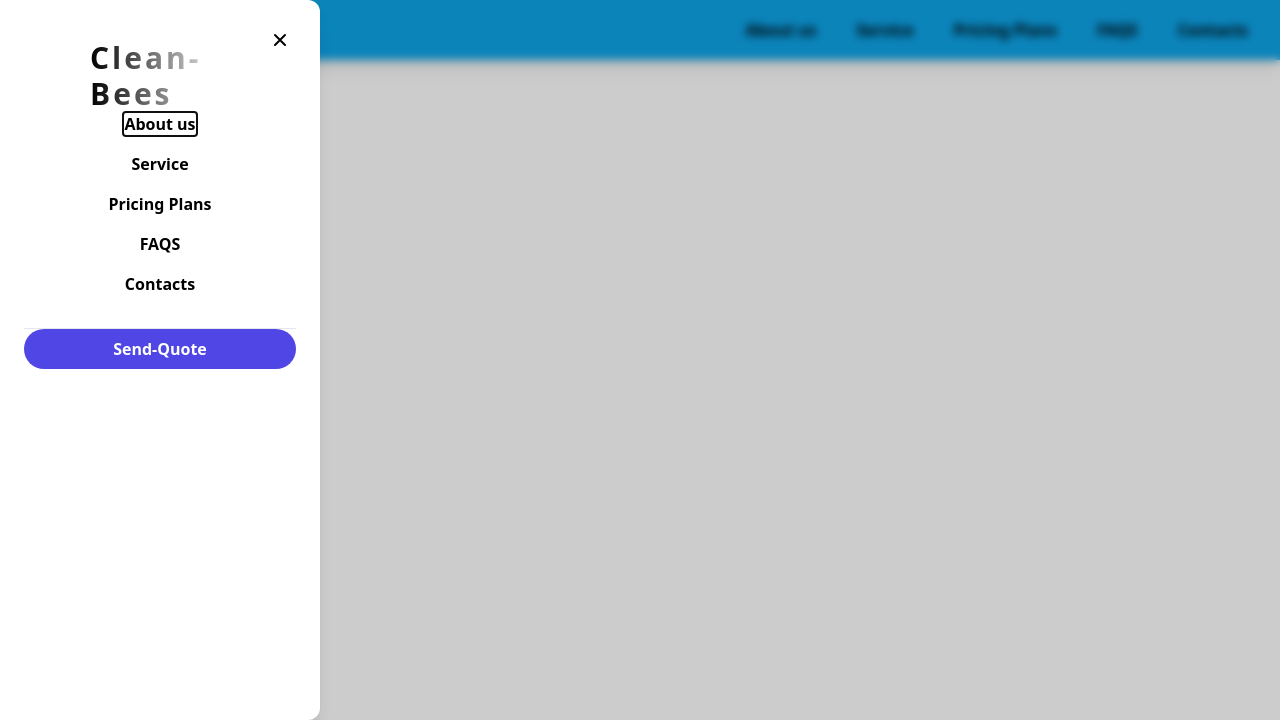
Repository: remydev47/cleanbees
Page: /
The author's editor kept a copy of each file at every save. The page is drawn from the files as they stood at one save, then again after the next save.
The browser window is 1280 px wide. The pictures show the whole page.
The project was rebuilt for these pictures with package versions that can differ from the ones it lists, and the page was loaded fresh each time. The framework's server and built-in components were replaced by stand-ins that run in the browser. Also part of the build but not shown: next.config.js.

Above is the page before, as saved 2022-09-15 19:19:45.

After the next save:
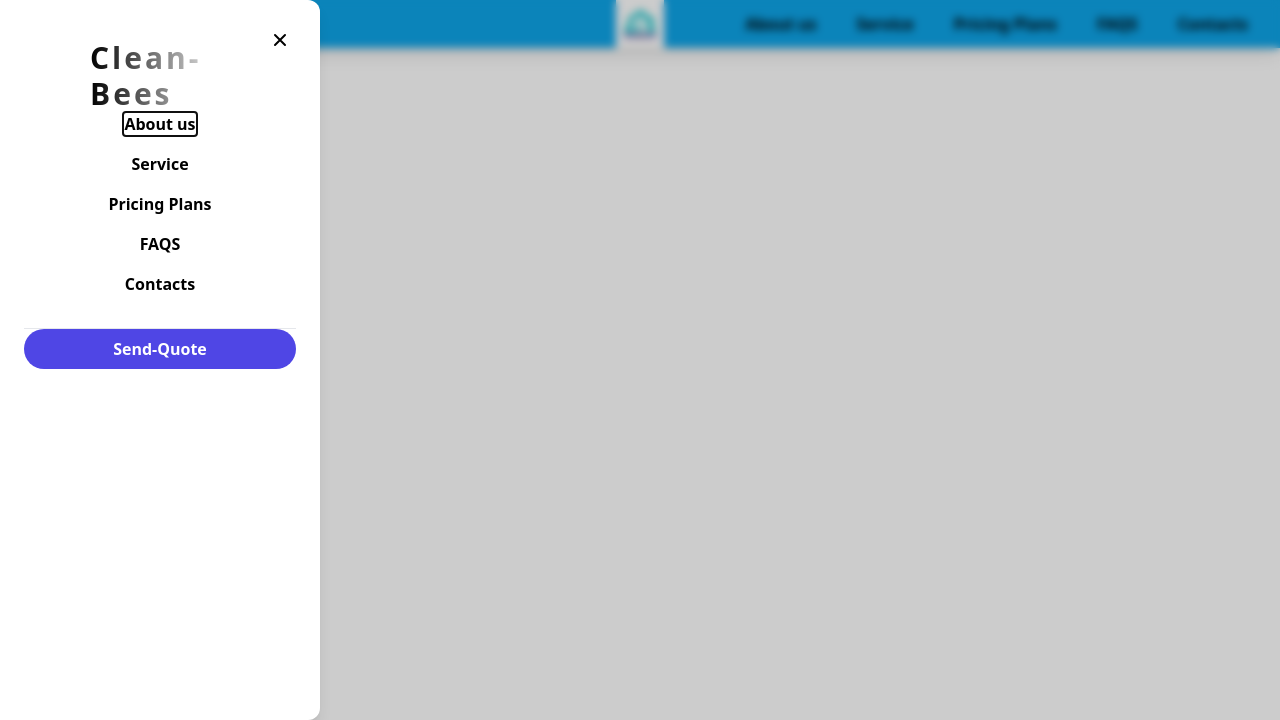
Saved 23 min 21 s later.
--- a/components/Header.tsx
+++ b/components/Header.tsx
@@ -1,6 +1,7 @@
 import { navLinks } from "../constants"
 import { MenuPopOver } from "./MenuPopover"
 import Logo from "./Logo"
+import Image from "next/image"
 import { title } from "process"
 
 export const Header = () => {
@@ -11,7 +12,11 @@ export const Header = () => {
              <MenuPopOver />
           </div>
           <div className='flex grow-0 basis-1/3 justify-center md:justify-start'>
-            <Logo/>
+            <Image
+              src='/img/cleanbeeslogo.png'
+              layout="fill"
+              objectFit="contain"
+            />
            </div>
            <ul className="list-none sm:flex hidden justify-end items-center flex-1">
             {navLinks.map((nav, index) => (
